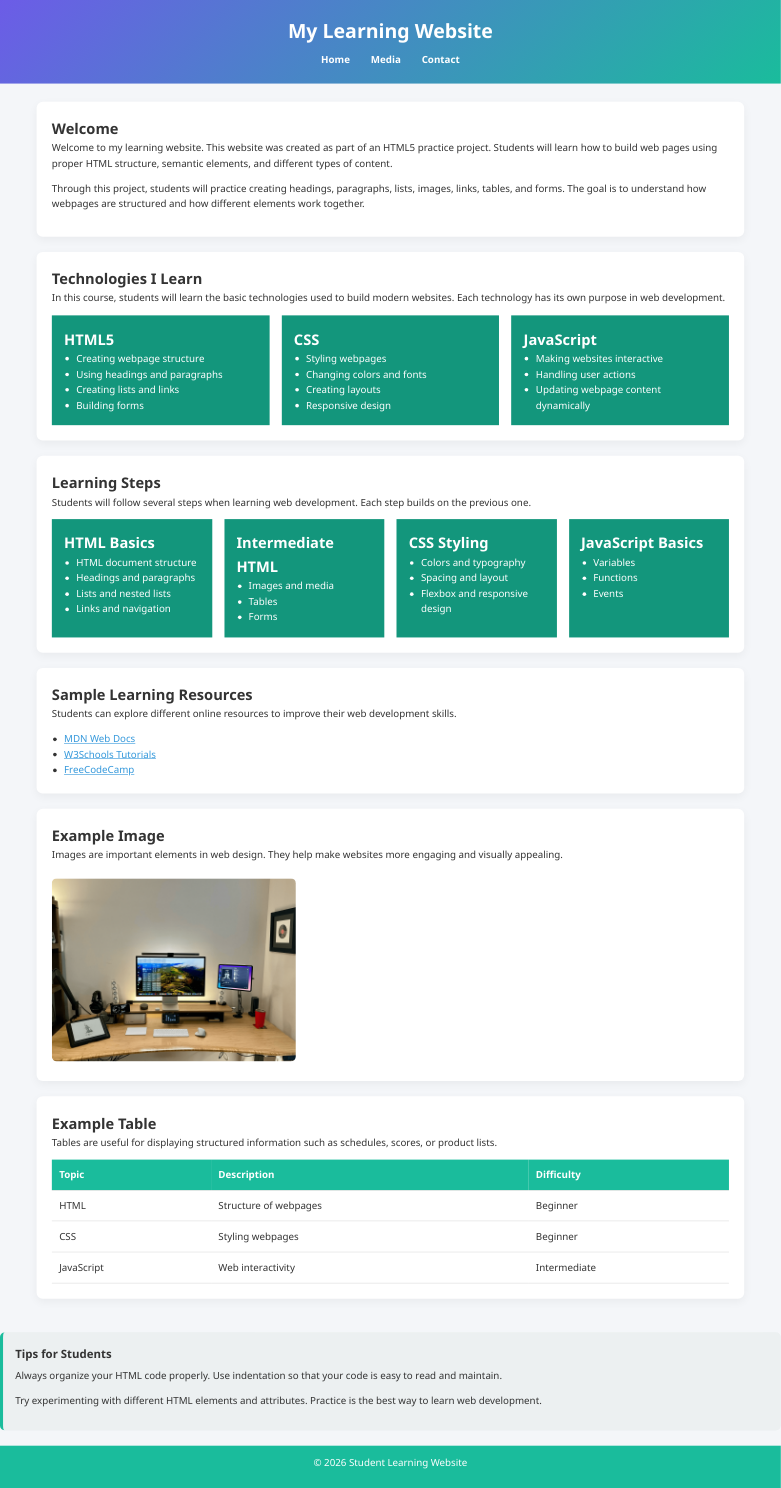
Repository: Than-sothearak/web_client_programing
Page: Week_03/index.html
The author's editor kept a copy of each file at every save. The page is drawn from the files as they stood at one save, then again after the next save.
The browser window is 1280 px wide. The pictures show the whole page, at 61% of full size.

Above is the page before, as saved 2026-03-24 21:39:53.

### Week_03/index.html
<!DOCTYPE html>
<html lang="en">
<head>
  <meta charset="UTF-8">
  <meta name="viewport" content="width=device-width, initial-scale=1.0">
  <title>Week 3</title>
  <link rel="stylesheet" href="styles.css">
</head>
<body>
    <header>
      <h1>My Learning Website</h1>

      <nav>
        <ul>
          <li><a href="index.html">Home</a></li>
          <li><a href="gallery.html">Media</a></li>
          <li><a href="contact.html">Contact</a></li>
        </ul>
      </nav>
    </header>

    <main>
      <section>
        <h2>Welcome</h2>

        <article>

          <p>
            Welcome to my learning website. This website was created as part of
            an HTML5 practice project. Students will learn how to build web
            pages using proper HTML structure, semantic elements, and different
            types of content.
          </p>

          <p>
            Through this project, students will practice creating headings,
            paragraphs, lists, images, links, tables, and forms. The goal is to
            understand how webpages are structured and how different elements
            work together.
          </p>
        </article>
      </section>

      <section>
        <h2>Technologies I Learn</h2>

        <p>
          In this course, students will learn the basic technologies used to
          build modern websites. Each technology has its own purpose in web
          development.
        </p>

        <ul class="card-container">
          <li class="card">
            <h2>HTML5</h2>
            <ul>
              <li>Creating webpage structure</li>
              <li>Using headings and paragraphs</li>
              <li>Creating lists and links</li>
              <li>Building forms</li>
            </ul>
          </li>

          <li class="card">
            <h2>CSS</h2>
            <ul>
              <li>Styling webpages</li>
              <li>Changing colors and fonts</li>
              <li>Creating layouts</li>
              <li>Responsive design</li>
            </ul>
          </li>

          <li class="card">
            <h2>JavaScript</h2>
            <ul>
              <li>Making websites interactive</li>
              <li>Handling user actions</li>
              <li>Updating webpage content dynamically</li>
            </ul>
          </li>
        </ul>
      </section>

      <section>
        <h2>Learning Steps</h2>

        <p>
          Students will follow several steps when learning web development. Each
          step builds on the previous one.
        </p>

        <ol class="card-container">
          <li class="card">
            <h2>HTML Basics</h2>
            <ul>
              <li>HTML document structure</li>
              <li>Headings and paragraphs</li>
              <li>Lists and nested lists</li>
              <li>Links and navigation</li>
            </ul>
          </li>

          <li class="card">
           <h2>Intermediate HTML</h2>
            <ul>
              <li>Images and media</li>
              <li>Tables</li>
              <li>Forms</li>
            </ul>
          </li>

          <li class="card">
            <h2>CSS Styling</h2>
            <ul>
              <li>Colors and typography</li>
              <li>Spacing and layout</li>
              <li>Flexbox and responsive design</li>
            </ul>
          </li>

          <li class="card">
            <h2>JavaScript Basics</h2>
            <ul>
              <li>Variables</li>
              <li>Functions</li>
              <li>Events</li>
            </ul>
          </li>
        </ol>
      </section>

      <section>
        <h2>Sample Learning Resources</h2>

        <p>
          Students can explore different online resources to improve their web
          development skills.
        </p>

        <ul>
          <li>
            <a href="https://developer.mozilla.org" target="_blank">
              MDN Web Docs
            </a>
          </li>

          <li>
            <a href="https://www.w3schools.com" target="_blank">
              W3Schools Tutorials
            </a>
          </li>

          <li>
            <a href="https://www.freecodecamp.org" target="_blank">
              FreeCodeCamp
            </a>
          </li>
        </ul>
      </section>

      <section>
        <h2>Example Image</h2>

        <p>
          Images are important elements in web design. They help make websites
          more engaging and visually appealing.
        </p>

        <img src="../images/computer.png" alt="Computer setup" width="400" >
      </section>

      <section>
        <h2>Example Table</h2>

        <p>
          Tables are useful for displaying structured information such as
          schedules, scores, or product lists.
        </p>

        <table>
          <tr>
            <th>Topic</th>
            <th>Description</th>
            <th>Difficulty</th>
          </tr>

          <tr>
            <td>HTML</td>
            <td>Structure of webpages</td>
            <td>Beginner</td>
          </tr>

          <tr>
            <td>CSS</td>
            <td>Styling webpages</td>
            <td>Beginner</td>
          </tr>

          <tr>
            <td>JavaScript</td>
            <td>Web interactivity</td>
            <td>Intermediate</td>
          </tr>
        </table>
      </section>


    </main>
  <aside>
        <h3>Tips for Students</h3>

        <p>
          Always organize your HTML code properly. Use indentation so that your
          code is easy to read and maintain.
        </p>

        <p>
          Try experimenting with different HTML elements and attributes.
          Practice is the best way to learn web development.
        </p>
      </aside>
    <footer>
      <p>© 2026 Student Learning Website</p>
    </footer>
  </body>
</html>

### Week_03/styles.css
/* Reset basic spacing */

/* Reset */

* {
  margin: 0;
  padding: 0;
  box-sizing: border-box;
}

/* Body */

body {
  font-family: "Segoe UI", Arial, sans-serif;
  background: #f4f6f9;
  color: #333;
  line-height: 1.6;
}

/* Header */

header {
  background: linear-gradient(135deg, #6c5ce7, #1abc9c);
  color: white;
  padding: 25px 20px;
  text-align: center;
}

/* Navigation */

nav ul {
  list-style: none;
  margin-top: 10px;
}

nav ul li {
  display: inline-block;
  margin: 0 15px;
}

nav a {
  color: white;
  text-decoration: none;
  font-weight: 600;
  transition: 0.3s;
}

nav a:hover {
  color: #1abc9c;
}

/* Main container */

main {
  max-width: 1200px;
  margin: auto;
  padding: 30px 20px;
}

/* Section cards */

section {
  background: white;
  padding: 25px;
  margin-bottom: 25px;
  border-radius: 10px;
  box-shadow: 0 5px 15px rgba(0, 0, 0, 0.05);
}

/* Headings */

h1 {
  font-size: 32px;
  margin-bottom: 10px;
}

h3 {
  margin-bottom: 10px;
}

/* Paragraph */

p {
  margin-bottom: 15px;
}

/* Lists */

.card-container {
  display: flex;
  gap: 20px;
  list-style: none;
}

.card-container li {
  margin-left: 0px;
}

.card {
  padding: 20px;
  color: white;
  width: 100%;
  background-color: #13967c;
}
.card li {
  margin-left: 20px;
}

li {
  margin-left: 20px;
  list-style: disc;
}

/* Links */

a {
  color: #3498db;
}

a:hover {
  text-decoration: underline;
}

/* Image styling */

img {
  max-width: 100%;
  height: auto;
  border-radius: 8px;
  margin-top: 10px;
}

/* Table */

table {
  width: 100%;
  border-collapse: collapse;
  margin-top: 10px;
}

th,
td {
  padding: 12px;
  text-align: left;
  border-bottom: 1px solid #ddd;
}

th {
  background: #1abc9c;
  color: white;
}

tr:hover {
  background: #f1f1f1;
}

/* Aside */

aside {
  background: #ecf0f1;
  padding: 20px;
  border-left: 5px solid #1abc9c;
  border-radius: 8px;
  margin-bottom: 25px;
}

/* Footer */

footer {
  text-align: center;
  background: #1abc9c;
  color: white;
  padding: 15px;
  margin-top: 20px;
}

/* Responsive Design */

@media (max-width: 768px) {
  nav ul li {
    display: block;
    margin: 10px 0;
  }

  main {
    padding: 20px 15px;
  }

  h1 {
    font-size: 26px;
  }
}

.images-gallery {
  width: 100%;
  display: flex;
  flex-wrap: wrap;
  gap: 20px;
}

.images-gallery figure {
  flex: 1 1 calc(50% - 20px);
}

.images-gallery img {
  width: 100%;
  height: auto;
}

figcaption {
  margin-top: 8px;
  font-size: 14px;
  color: #555;
}

@media (max-width: 768px) {
  .images-gallery {
    flex-direction: column;
    align-items: center;
  }
}

After the next save:
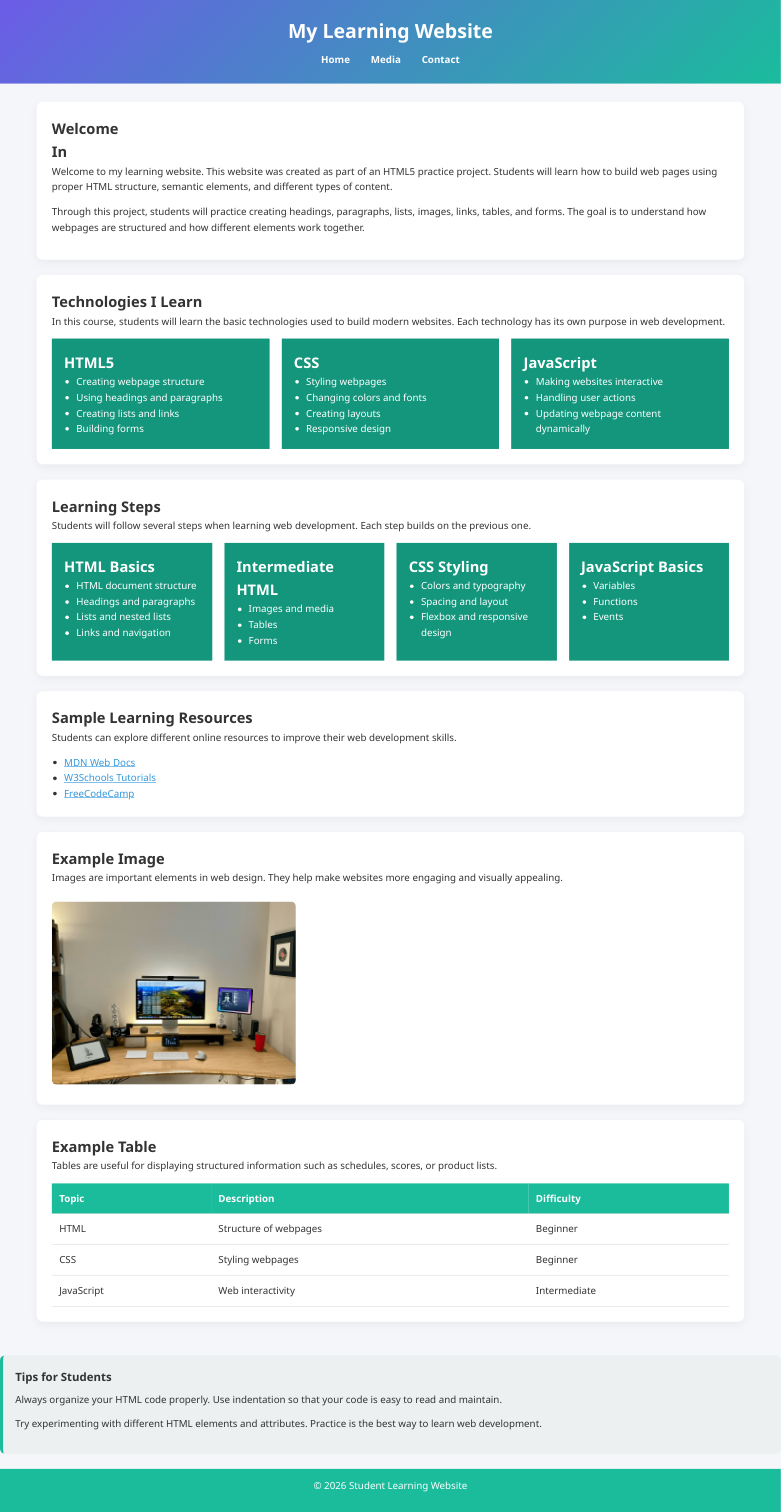
Saved 35 s later.
--- a/Week_03/index.html
+++ b/Week_03/index.html
@@ -24,7 +24,7 @@
         <h2>Welcome</h2>
 
         <article>
-
+          <h2>In</h2>
           <p>
             Welcome to my learning website. This website was created as part of
             an HTML5 practice project. Students will learn how to build web
